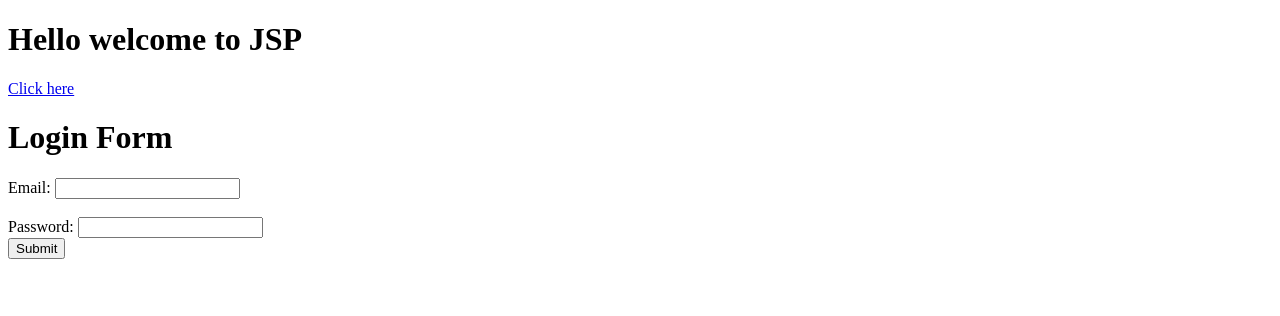
Repository: gauravrathod802/Java-Servlet
Page: http://localhost/MyFirstProject/
These files come from the project's save history. The page is drawn as it stood at one moment and after the next save; the edit follows.
The browser window is 1280 px wide. The pictures show the whole page.
The page is served by Tomcat 9. Other server files are loaded and not shown.

Above is the page before, as saved 2024-01-08 12:23:07.

### MyFirstProject/WebContent/index.jsp
<%@ page language="java" contentType="text/html; charset=ISO-8859-1"
    pageEncoding="ISO-8859-1"%>
<!DOCTYPE html>
<html>
<head>
<meta charset="ISO-8859-1">
<title>Java Servlet</title>
</head>
<body>
<h1>Hello welcome to JSP</h1>
<a href="MyServlet" >Click here</a>

<h1>Login Form</h1>
<form>
<label>Email:</label>
<input type="email"><br><br>
<label>Password:</label>
<input type="password"><br>
<input type="submit">
</form>
</body>
</html>

After the next save:
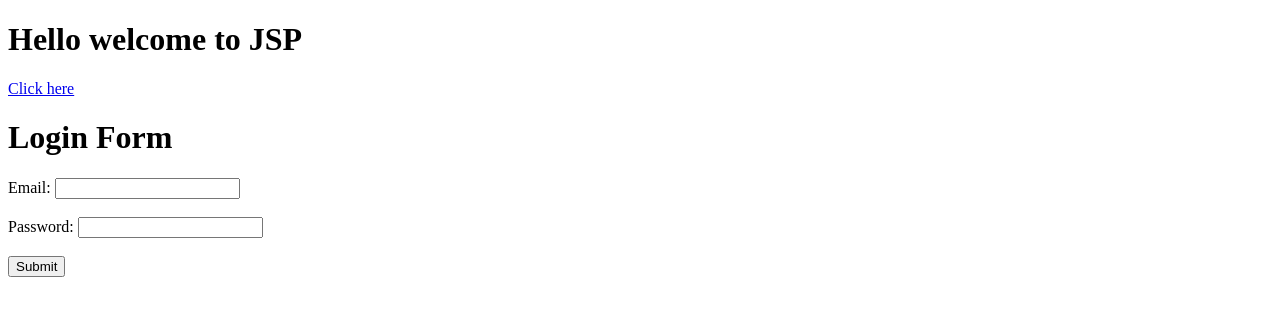
Saved 19 s later.
--- a/MyFirstProject/WebContent/index.jsp
+++ b/MyFirstProject/WebContent/index.jsp
@@ -15,7 +15,7 @@
 <label>Email:</label>
 <input type="email"><br><br>
 <label>Password:</label>
-<input type="password"><br>
+<input type="password"><br><br>
 <input type="submit">
 </form>
 </body>
